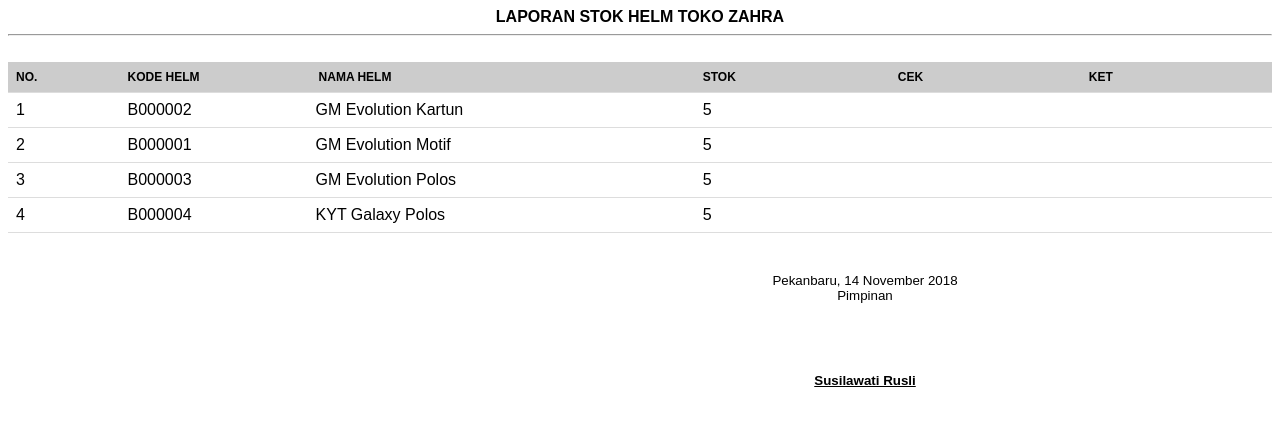
Repository: RezaFirmansyah90/Reza-stokbarang
Page: http://localhost/tcpdf/modules/lap-stok/cetak.php
An editor plug-in stored every save of this project. The page is shown before and after the next save, followed by the edit.
The browser window is 1280 px wide. The pictures show the whole page.
The page is run by PHP 8.4 with error messages shown; the project is at /var/www/html/. The database holds what the project's SQL file puts in it.

Above is the page before, as saved 2020-02-21 16:27:16.

After the next save:
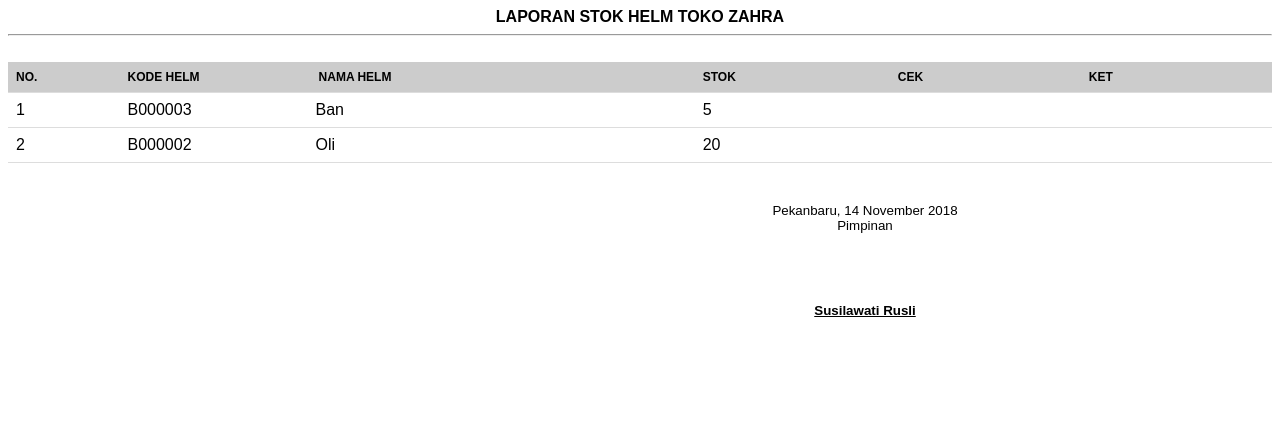
Saved 1541 days later.
--- a/config/database.php
+++ b/config/database.php
@@ -3,7 +3,7 @@
 $server   = "localhost";
 $username = "root";
 $password = "";
-$database = "thz";
+$database = "stokbarang";
 
 // koneksi database
 $mysqli = new mysqli($server, $username, $password, $database);
